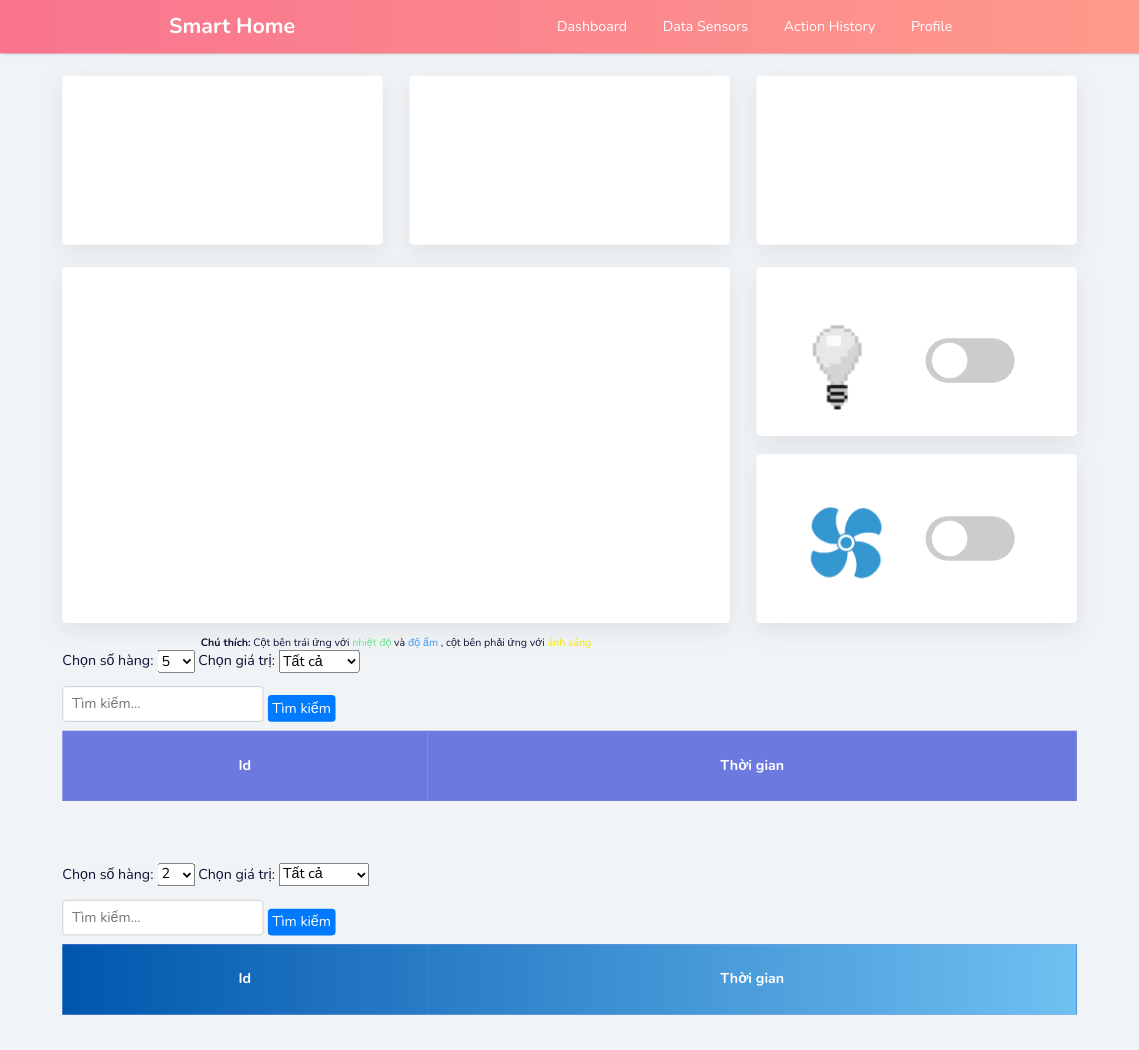
Repository: nhnhunnn/SmartHome
Page: datasensors.html
The author's editor kept a copy of each file at every save. The page is drawn from the files as they stood at one save, then again after a run of saves.
The browser window is 1280 px wide. The pictures show the whole page, at 89% of full size.
The page's requests for data from a server got no answer.

Above is the page before, as saved 2024-06-03 22:42:47.

### datasensors.html
<!DOCTYPE html>
<html lang="en">

<head>
  <meta charset="UTF-8" />
  <meta name="viewport" content="width=device-width, initial-scale=1.0" />
  <title>Nguyễn Hồng Nhung - B20DCPT150</title>
  <link rel="stylesheet" href="https://cdnjs.cloudflare.com/ajax/libs/normalize/8.0.1/normalize.min.css"
    integrity="sha512-NhSC1YmyruXifcj/KFRWoC561YpHpc5Jtzgvbuzx5VozKpWvQ+4nXhPdFgmx8xqexRcpAglTj9sIBWINXa8x5w=="
    crossorigin="anonymous" referrerpolicy="no-referrer" />
  <link rel="stylesheet" href="./assets/css/base.css" />
  <link rel="stylesheet" href="./assets/css/style.css" />
  <link rel="stylesheet" href="https://cdnjs.cloudflare.com/ajax/libs/font-awesome/6.5.1/css/all.min.css"
    integrity="sha512-DTOQO9RWCH3ppGqcWaEA1BIZOC6xxalwEsw9c2QQeAIftl+Vegovlnee1c9QX4TctnWMn13TZye+giMm8e2LwA=="
    crossorigin="anonymous" referrerpolicy="no-referrer" />
</head>

<body>
  <div class="header">
    <div class="overview">
      <a href="" class="home">
        <h3>Smart Home</h3>
      </a>
    </div>
    <div class="menuList">
      <ul class="menuListItem">
        <li>
          <a id="dashboard" href="#" onClick="showContent('wrapper',this)">Dashboard</a>
        </li>
        <li>
          <a id="data" href="#" onClick="showContent('datasensors',this)">Data Sensors</a>
        </li>
        <li>
          <a id="action" href="#" onClick="showContent('actionHistory',this)">Action History</a>
        </li>
        <li>
          <a id="profile" href="#" onClick="showContent('infor',this)">Profile</a>
        </li>
      </ul>
    </div>
  </div>
  <!-- Dashboard -->
  <div class="hidden tabContent" id="wrapper">
    <div class="envir">
      <div class="envirItem">
        <div class="envirTitle">
          <svg xmlns="http://www.w3.org/2000/svg" width="50" height="50" viewBox="0 0 24 24" fill="none" stroke="#FFFF"
            stroke-width="1.5" stroke-linecap="round" stroke-linejoin="round" class="lucide lucide-thermometer">
            <path d="M14 4v10.54a4 4 0 1 1-4 0V4a2 2 0 0 1 4 0Z" />
          </svg>
          <span>Nhiệt độ</span>
        </div>
        <p class="envirTemp">26°C</p>
      </div>
      <div class="envirItem1">
        <div class="envirTitle">
          <svg xmlns="http://www.w3.org/2000/svg" width="50" height="50" viewBox="0 0 24 24" fill="none"
            stroke="#ffffff" stroke-width="1.5" stroke-linecap="round" stroke-linejoin="round"
            class="lucide lucide-droplets">
            <path
              d="M7 16.3c2.2 0 4-1.83 4-4.05 0-1.16-.57-2.26-1.71-3.19S7.29 6.75 7 5.3c-.29 1.45-1.14 2.84-2.29 3.76S3 11.1 3 12.25c0 2.22 1.8 4.05 4 4.05z" />
            <path d="M12.56 6.6A10.97 10.97 0 0 0 14 3.02c.5 2.5 2 4.9 4 6.5s3 3.5 3 5.5a6.98 6.98 0 0 1-11.91 4.97" />
          </svg>
          <span>Độ ẩm</span>
        </div>
        <p class="envirHum">50%</p>
      </div>
      <div class="envirItem2">
        <div class="envirTitle">
          <svg xmlns="http://www.w3.org/2000/svg" width="50" height="50" viewBox="0 0 24 24" fill="none"
            stroke="#ffffff" stroke-width="1.5" stroke-linecap="round" stroke-linejoin="round"
            class="lucide lucide-sun">
            <circle cx="12" cy="12" r="4" />
            <path d="M12 2v2" />
            <path d="M12 20v2" />
            <path d="m4.93 4.93 1.41 1.41" />
            <path d="m17.66 17.66 1.41 1.41" />
            <path d="M2 12h2" />
            <path d="M20 12h2" />
            <path d="m6.34 17.66-1.41 1.41" />
            <path d="m19.07 4.93-1.41 1.41" />
          </svg>
          <span>Ánh sáng</span>
        </div>
        <p class="envirLux">120 lux</p>
      </div>
    </div>
    <div class="feature">
      <div class="chartFeature featureItem">
        <canvas id="myChart" style="width: 600px; height: 350px; margin: auto; padding-top: 50px"></canvas>
        <p>
          <b>Chú thích:</b> Cột bên trái ứng với
          <span style="color: #65e48c">nhiệt độ</span> và
          <span style="color: #3a98f1">độ ẩm</span> , cột bên phải ứng với
          <span style="color: #f1e500">ánh sáng</span>
        </p>
      </div>
      <div class="switchFeature">
        <div class="lightSwitch featureItem">
          <label>
            <div class="lamp" id="lamp"></div>
            <input type="checkbox" id="toggleSwitch" />
            <span></span>
          </label>
        </div>
        <div class="fanSwitch featureItem">
          <label>
            <div class="fan" id="fan"></div>
            <input type="checkbox" id="toggleSwitchFan" />
            <span></span>
          </label>
        </div>
      </div>
    </div>
  </div>

  <!-- Data sensors  -->
  <div id="datasensors" class="tabContent">
    <label for="attributeRowsSelect">Chọn số hàng: </label>
    <select id="attributeRowsSelect">
      <option value="5">5</option>
      <option value="10">10</option>
      <option value="25">25</option>
      <option value="50">50</option>
    </select>

    <label for="attributeDataSensorSelect">Chọn giá trị: </label>
    <select id="attributeDataSensorSelect">
      <option value="all">Tất cả</option>
      <option value="temp">Nhiệt độ</option>
      <option value="hum">Độ ẩm</option>
      <option value="light">Ánh sáng</option>
    </select>


    <div class="searchDataSensor-container">
      <input type="text" id="searchInputDataSensor" placeholder="Tìm kiếm..." />
      <button onclick="handleSearch()">Tìm kiếm</button>
    </div>

    <table id="datasensorTable">
      <thead>
        <tr id="tableHeaders">
          <th>Id</th>
          <th>Thời gian</th>
      </tr>
      </thead>
      <tbody>
      </tbody>
    </table>
    <div id="pagination"></div>
  </div>

  <!-- Action history -->
  <div id="actionHistory" class="tabContent">
    <label for="attributeRowsSelect1">Chọn số hàng: </label>
    <select id="attributeRowsSelect1">
      <option value="5">2</option>
      <option value="5">5</option>
      <option value="10">10</option>
      <option value="25">25</option>
      <option value="50">50</option>
    </select>

    <label for="attributeActionSelect">Chọn giá trị: </label>
    <select id="attributeActionSelect">
      <option value="all">Tất cả</option>
      <option value="id_device">Thiết bị</option>
      <option value="status">Hành động</option>
    </select>


    <div class="searchDataSensor-container">
      <input type="text" id="searchInputAction" placeholder="Tìm kiếm..." />
      <button onclick="handleSearchAction()">Tìm kiếm</button>
    </div>

    <table id="actionTable">
      <thead>
        <tr id="tableHeaders1">
          <th>Id</th>
          <th>Thời gian</th>
      </tr>
      </thead>
      <tbody>
      </tbody>
    </table>
    <div id="pagination1"></div>
  </div>

  <!-- Profile -->

  <script src="https://cdn.jsdelivr.net/npm/chart.js"></script>
  <script src="./assets/datasensors.js"></script>
</body>

</html>

### assets/css/base.css
@import url('https://fonts.googleapis.com/css2?family=Nunito:wght@200;300;400;500;600;700;800;900;1000&display=swap');
:root{
    --bgr-color: #F1F4F6;
    --font: 'Nunito', sans-serif;
    --text-color: #101038;
}
body{
    box-sizing: border-box;
    font-family: var(--font);
    background-color: var(--bgr-color);
    color: var(--text-color);
}
.hidden{
    max-width: 1140px;
    margin: auto;
}
a{
    text-decoration: none;
}

### assets/css/style.css
/* Dashboard */
/* header */
.header{
    background-image: linear-gradient(90deg, #F9748F, #FE9A8B);;
    height: 60px;
    box-shadow: rgba(0, 0, 0, 0.15) 1.95px 1.95px 2.6px;
    display: flex;
    align-items: center;
    padding: 0 190px;
    justify-content: space-between;
}

.header h3{
    margin: 0;
    font-size: 24px;
    color: #FFFFFF;
    display: inline-block;
}
.menuList ul{
    display: flex;
    margin: 0;
    max-width: 815px;

}
.menuList ul li{
    list-style: none;
    margin: 0 20px;
}
.menuList ul li a{
    color: #ffffff;
}
.menuList ul li a:hover{
    color: #cccccc;
}
/* Wrapper */
.envir{
    display: flex;
    justify-content: space-between;
    margin-top: 25px;
    margin-bottom: 25px;
}
.envirItem1, .envirItem2, .envirItem{
    padding: 20px 20px;
    width:calc(100%/3 - 60px);
    height: 150px;
    background-color: #FFFFFF;
    border-radius: 5px;
    box-shadow: rgba(149, 157, 165, 0.2) 0px 8px 24px;
}
/* .envirItem{
    background-image: linear-gradient(45deg, #BDF7AD, #30D878 );
} */
/* .envirItem1{
    background-image: linear-gradient(45deg,#A8DBFF, #0496FF );
} */
/* .envirItem2{
    background-image: linear-gradient(45deg,#fdfd98, #FFD400 );
} */
.envirTitle{
    display: flex;
    align-items: center;
}
.envirTitle span{
    font-weight: 500;
    font-size: 20px;
    color: #ffffff;
    margin-left: 60px;
}
.envirTemp, .envirHum, .envirLux{
    font-weight: 700;
    font-size: 40px;
    color: white;
    text-align: center;
    transition: background-color 0.5s ease;
}
/* feature */
.feature{
    display: flex;
    justify-content: space-between;
}
.featureItem{
    background-color: #FFFFFF;
    border-radius: 5px;
    box-shadow: rgba(149, 157, 165, 0.2) 0px 8px 24px;
}
.chartFeature{
    width: calc(100%/3 * 2 - 10px);
    height: 400px;
}
.chartFeature p{
    font-size: 12px;
   text-align: center;
}
.switchFeature{
    display: flex;
    flex-direction: column;
    justify-content: space-between;
}
.switchFeature .featureItem{
    width: 360px;
    height: calc(400px/2 - 10px);
}

/* light */
.lightSwitch {
    text-align: center;
    margin-top: 50px;
    margin: 0;
}

.lamp {
    margin: 20px 0 0 20px;
    width: 140px;
    height: 140px;
    background-image: url('../images/lightOff.png'); /* Ảnh khi tắt */
    background-size: cover;
}
.lightSwitch input[type="checkbox"] {
    display: none;
}
.lightSwitch input[type="checkbox"] + span {
    display: inline-block;
    width: 100px;
    height: 50px;
    background-color: #ccc;
    border-radius: 50px;
    position: relative;
    cursor: pointer;
    top: -80px;
    left: 60px;
}
.lightSwitch input[type="checkbox"]:checked + span {
    background-color: #5cb85c; /* Màu khi bật */
}
.lightSwitch input[type="checkbox"] + span::before {
    content: '';
    position: absolute;
    width: 40px;
    height: 40px;
    background-color: #fff;
    border-radius: 50%;
    margin: 5px;
    left: 2px;
    transition: transform 0.3s ease;
}
.lightSwitch input[type="checkbox"]:checked + span::before {
    transform: translateX(50px); /* Di chuyển nút toggle khi bật */
}
/* Bat tat quat */
.fanSwitch {
    text-align: center;
    margin-top: 50px;
    margin: 0;
}
.fan {
    margin: 50px 0 0 50px;
    width: 100px;
    height: 100px;
    background-image: url('../images/fanOff.gif'); /* Ảnh khi tắt */
    background-size: cover;
}
.fanSwitch input[type="checkbox"] {
    display: none;
}
.fanSwitch input[type="checkbox"] + span {
    display: inline-block;
    width: 100px;
    height: 50px;
    background-color: #ccc;
    border-radius: 50px;
    position: relative;
    cursor: pointer;
    top: -80px;
    left: 60px;
}
.fanSwitch input[type="checkbox"]:checked + span {
    background-color: #5cb85c; /* Màu khi bật */
}
.fanSwitch input[type="checkbox"] + span::before {
    content: '';
    position: absolute;
    width: 40px;
    height: 40px;
    background-color: #fff;
    border-radius: 50%;
    margin: 5px;
    left: 2px;
    transition: transform 0.3s ease;
}
.fanSwitch input[type="checkbox"]:checked + span::before {
    transform: translateX(50px); /* Di chuyển nút toggle khi bật */
}

/* Data sensors*/
#datasensors{
    max-width: 1140px;
    margin: auto;
    padding: 30px 0;
    /* display: none; */
}
#datasensors table, #actionHistory table{
    width: 1140px;
    margin: auto;
    color: #808080;
    box-sizing: border-box;
    border-collapse: collapse;
}
 #datasensors table thead,#actionHistory table thead {
    background-color: #6c7ae0;
    color: #FFFFFF;
}
#datasensors table thead th, #actionHistory table thead th{
    padding: 30px;
}
#datasensors table tbody td, #actionHistory table tbody td{
    /* border-collapse: collapse; */
    text-align: center;
    padding: 15px;
}
#datasensors table tbody tr:nth-child(even), #actionHistory table tbody tr:nth-child(even){
    background-color: #eeeafd;
}
#datasensors table tbody tr:nth-child(odd), #actionHistory table tbody tr:nth-child{
    background-color: #ffffff;
}
#datasensors table tbody tr td:nth-child(2){
    color: #FB6180;
}
#datasensors table tbody tr td:nth-child(3){
    color: #1560BD;
}
#datasensors table tbody tr td:nth-child(4){
    color: #FFD400;
}

/* Action History */
#actionHistory{
    max-width: 1140px;
    margin: auto;
    padding: 30px 0;
}
#actionHistory table thead{
    background-image: linear-gradient(90deg, #0056AD ,#70C0F1 );;
    color: #ffffff;
}
#actionHistory table tbody tr:nth-child(even){
    background-color: rgba(112, 192, 241, 0.2);
}


/* Profile */
#infor{
    background-image:radial-gradient(circle, #f6416bb7, #feb692b6),
        url("https://upload.wikimedia.org/wikipedia/vi/thumb/e/ee/Toa_nha_A2_PTIT.jpg/1280px-Toa_nha_A2_PTIT.jpg");
    background-repeat: no-repeat;
    background-size: cover;
    color:#ffffff;
    height: 91.9vh;
}
.profileContent{
    max-width: 1140px;
    margin: auto;
    padding: 100px 0;
}
#infor table{
    background-color: none;
}
.profileContent{
    display: flex;
    justify-content: space-between;
}
.left{
    width: 600px;
}
h1{
    margin: 0 0 10px 0;
    width: 40px;
    padding: 0 10px;
    background-color: #2f2f31;
    overflow: hidden;
    animation: typing 2s step(3), cursor .4s step-end infinite alternate;
}
@keyframes cursor {
    50% { border-color: transparent}
}
@keyframes typing {
    from{ width: 0}
}
h1::after{
    animation: typing 1.5s step(10) infinite;
}
.name{
    font-size: 20px;
    padding-bottom: 20px;
    width: 400px;
    border-bottom: 2px solid #FFFF;
}
.about_me{
    margin: 50px 0 0 0;
}
.thead{
    font-weight:900;
    width: 120px;
    height: 50px;
}
.content{
    font-weight: 300;
}
.thead_edu{
    height: 0px;
}
.mul{
    font-weight: 400;
    color: #c9c5c5;
    font-style: italic;
}
.email{
    text-decoration: none;
    color: #ffff;
}
i{
    color: #fff;
    margin-right: 10px;
    font-size: 20px;
}
.right{
    width: 360px;
    height: 400px;
    background-color: #2f2f31;
    margin-left: 80px;
    border-radius: 20px;
}
.avt{
    width: 40%;
    border-radius: 50%;
    border:5px solid #f7456f;
}
.avatar{
    display: flex;
    justify-content: center;
    margin-top: 30px;
}
.quo_text{
    font-weight: 300;
    font-style: italic;
    font-size: 14px;
}
.quotes{
    width: 290px;
    margin: 30px auto;
}
button{
    border: 2px solid #ffff;
    background-color: #2f2f31;
    color: #FFFF;
    padding: 12px 15px;
    cursor: pointer;
    margin: 10px 0 0 110px;
    transition: color 0.4s linear;
}
.btn:hover{
    color: #2f2f31;
    background-color: #fff;
}

th {
    cursor: pointer;
}

th.sort-asc::after {
    content: ' \25B2'; /* Up arrow */
}

th.sort-desc::after {
    content: ' \25BC'; /* Down arrow */
}

th.active {
    color: #007bff;
}


#pagination, #pagination1 {
    display: flex;
    justify-content: flex-end;
    width: 100%;
    margin-top: 10px;
}

#pagination a, #pagination1 a {
    padding: 5px 10px;
    margin: 0 2px;
    text-decoration: none;
    color: #000;
    border: 1px solid #ccc;
    font-size: 15px;
}

#pagination a:hover, #pagination1 a:hover{
    background-color: #007bff;;
}

#pagination a.active, #pagination1 a.active {
    background-color: #007bff;
    color: white;
    border: 1px solid #007bff;
}
#pagination a.disabled, #pagination1 a.disabled {
    color: #ccc;
    pointer-events: none;
}

#attributeDataSensorSelect, #attributeRowsSelect, #attributeActionSelect, #attributeRowsSelect1{
    margin-bottom: 15px;
}

.searchDataSensor-container {
    display: flex;
    margin-bottom: 10px;
}

#searchInputDataSensor, #searchInputAction {
    padding: 10px;
    font-size: 16px;
    border: 1px solid #ccc;
    border-radius: 4px;
}

.searchDataSensor-container button {
    padding: 5px;
    margin-left: 5px;
    font-size: 16px;
    border: none;
    border-radius: 4px;
    background-color: #007bff;
    color: white;
    cursor: pointer;
}

.searchDataSensor-container button:hover {
    background-color: #0056b3;
}
/* Search button */
/* form{
    position: relative;
    top: 50%;
    left: 50%;
    transform: translate(-50%,-50%);
    transition: all 1s;
    width: 50px;
    height: 50px;
    background: white;
    box-sizing: border-box;
    border-radius: 25px;
    border: 4px solid white;
    padding: 5px;
}
input{
    position: absolute;
    top: 0;
    left: 0;
    width: 100%;;
    height: 42.5px;
    line-height: 30px;
    outline: 0;
    border: 0;
    display: none;
    font-size: 1em;
    border-radius: 20px;
    padding: 0 20px;
}
.fa{
    box-sizing: border-box;
    padding: 10px;
    width: 42.5px;
    height: 42.5px;
    position: absolute;
    top: 0;
    right: 0;
    border-radius: 50%;
    color: #07051a;
    text-align: center;
    font-size: 1.2em;
    transition: all 1s;
}
form:hover,
form:valid{
    width: 200px;
    cursor: pointer;
}
form:hover input,
form:valid input{
    display: block;
}
form:hover .fa,
form:valid .fa{
    background: #07051a;
    color: white;
} */

Loaded but not shown: assets/datasensors.js (168 lines, source omitted)

After the next 2 saves:
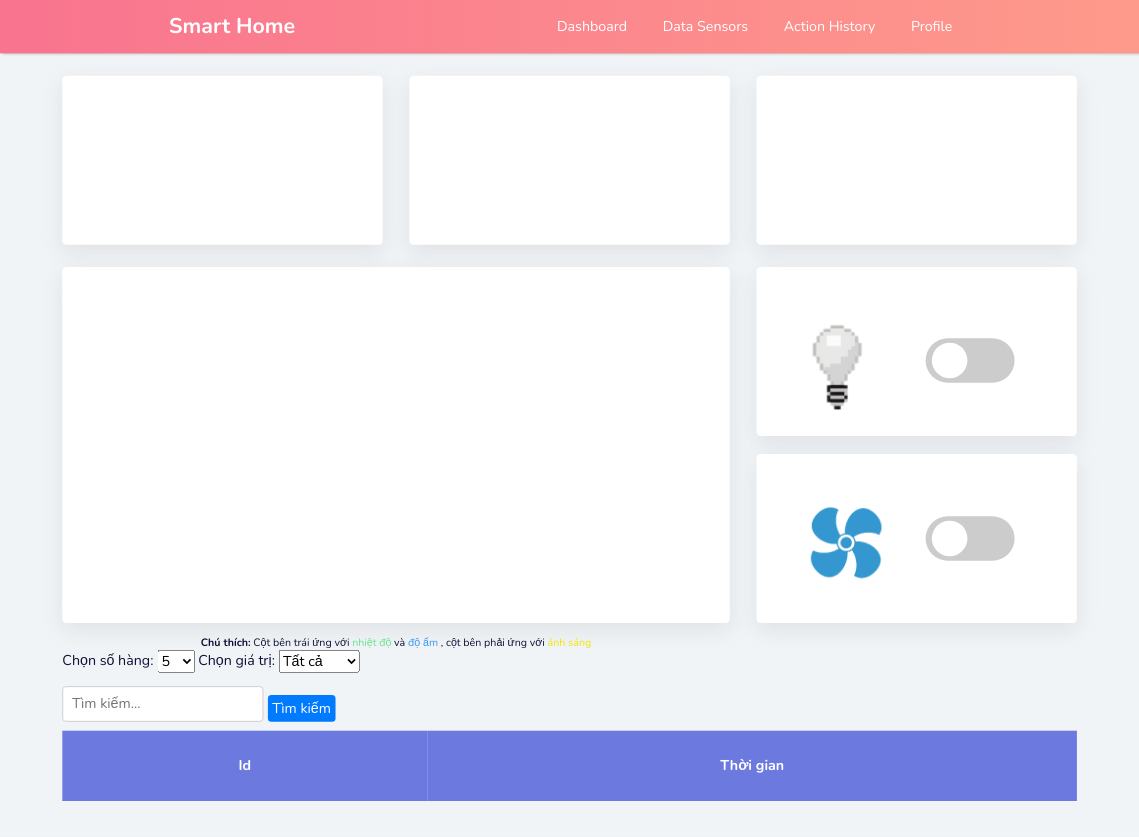
The 2 saves are shown as one change because they came seconds apart.
The last was saved 11 s later.
--- a/datasensors.html
+++ b/datasensors.html
@@ -151,45 +151,6 @@
     <div id="pagination"></div>
   </div>
 
-  <!-- Action history -->
-  <div id="actionHistory" class="tabContent">
-    <label for="attributeRowsSelect1">Chọn số hàng: </label>
-    <select id="attributeRowsSelect1">
-      <option value="5">2</option>
-      <option value="5">5</option>
-      <option value="10">10</option>
-      <option value="25">25</option>
-      <option value="50">50</option>
-    </select>
-
-    <label for="attributeActionSelect">Chọn giá trị: </label>
-    <select id="attributeActionSelect">
-      <option value="all">Tất cả</option>
-      <option value="id_device">Thiết bị</option>
-      <option value="status">Hành động</option>
-    </select>
-
-
-    <div class="searchDataSensor-container">
-      <input type="text" id="searchInputAction" placeholder="Tìm kiếm..." />
-      <button onclick="handleSearchAction()">Tìm kiếm</button>
-    </div>
-
-    <table id="actionTable">
-      <thead>
-        <tr id="tableHeaders1">
-          <th>Id</th>
-          <th>Thời gian</th>
-      </tr>
-      </thead>
-      <tbody>
-      </tbody>
-    </table>
-    <div id="pagination1"></div>
-  </div>
-
-  <!-- Profile -->
-
   <script src="https://cdn.jsdelivr.net/npm/chart.js"></script>
   <script src="./assets/datasensors.js"></script>
 </body>
